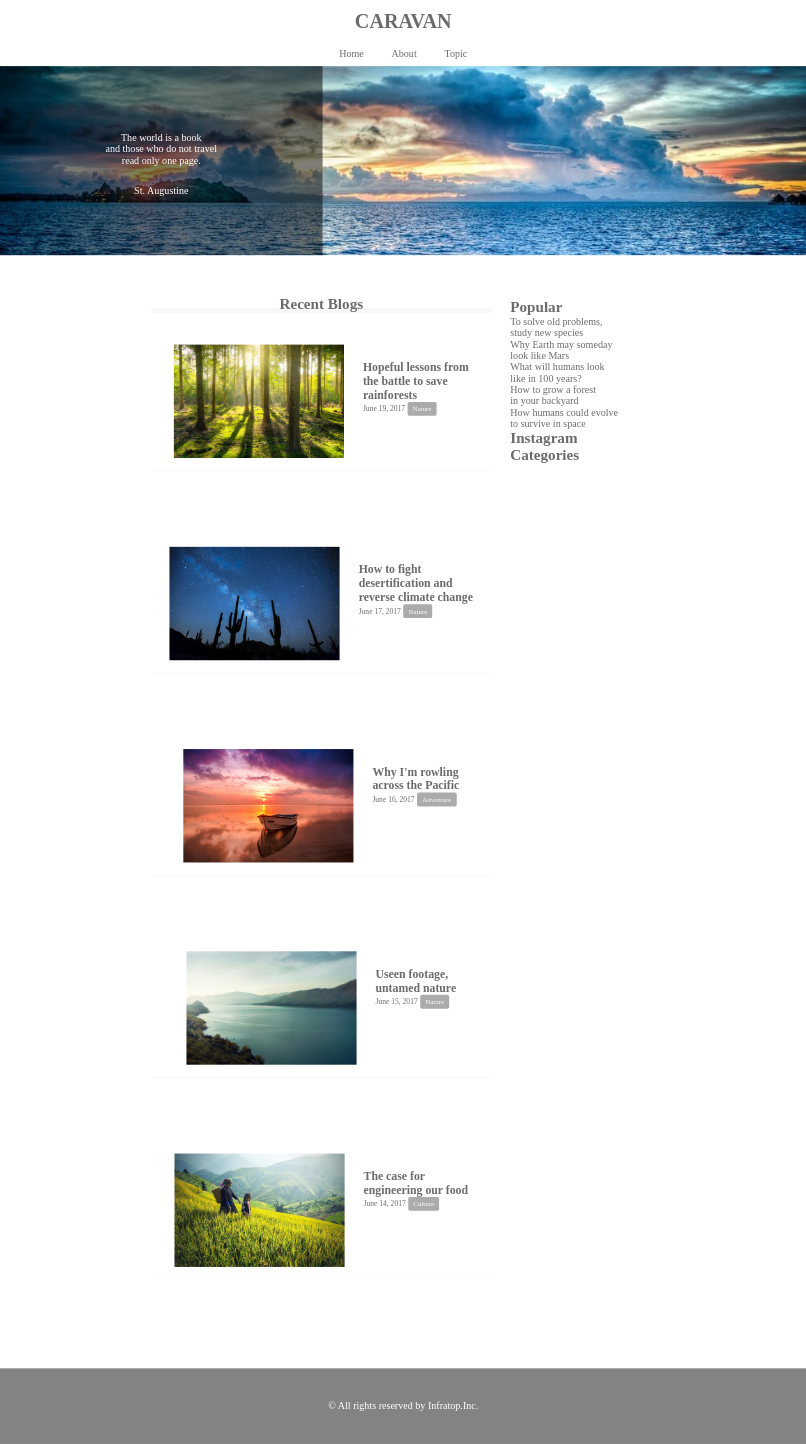
Repository: yukito7878/HTML-CSS-practice
Page: caravan/index8.html
The author's editor kept a record of every edit. The page is drawn from the files as they stood at one moment, then again after the next edit.
The browser window is 1280 px wide. The pictures show the whole page, at 63% of full size.

Above is the page before.

After the next edit:
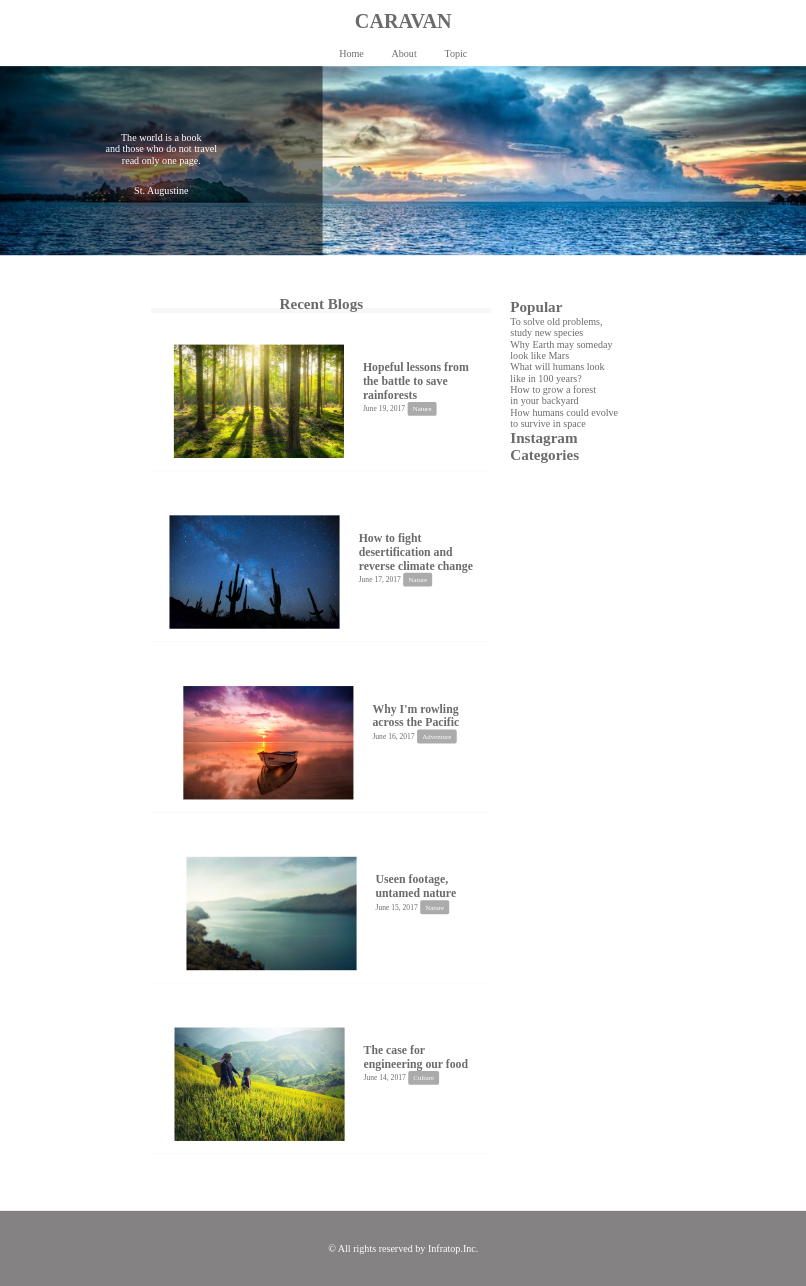
The edit:
--- a/caravan/style7.css
+++ b/caravan/style7.css
@@ -79,7 +79,7 @@
 }
 
 .blog-box{
-  padding: 50px 0;
+  padding: 50px 0 0 0 ;
 }
 
 .blog-item{
